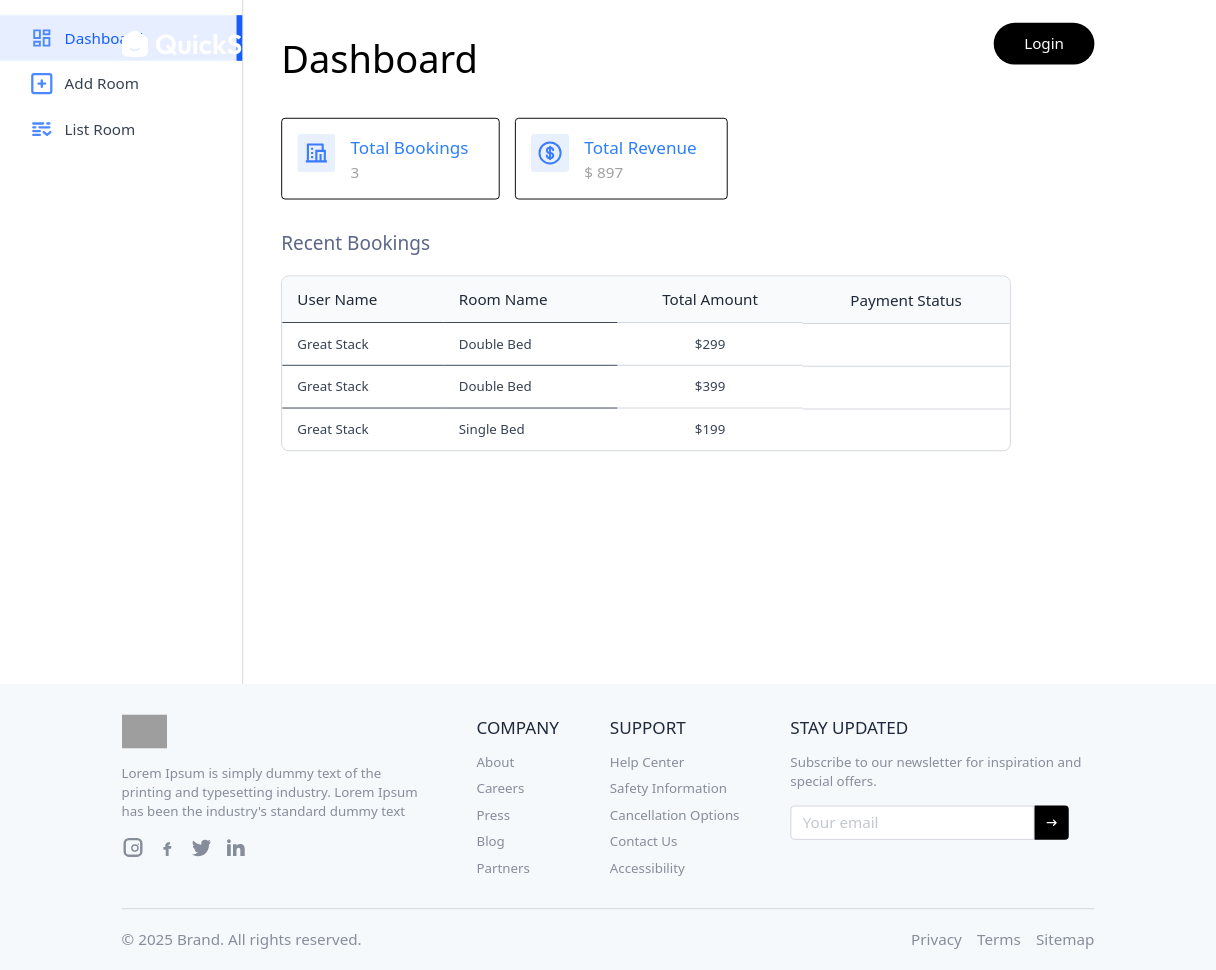
Repository: Ponn-Star/My-App
Page: /owner (app in FrontEnd/)
An editor plug-in stored every save of this project. The page is shown before and after a run of saves, followed by the edit.
The browser window is 1280 px wide. The pictures show the whole page, at 95% of full size.
Pictures or frames that could not be fetched are drawn as grey boxes. The page's requests for data from a server got no answer. The project was rebuilt for these pictures with package versions that can differ from the ones it lists, and the page was loaded fresh each time. Some packages were replaced by stand-ins written for this rebuild. No one was signed in, and anything a server would have sent is missing. Also part of the build but not shown: FrontEnd/vite.config.js, FrontEnd/src/assets/assets.js, FrontEnd/src/components/Hero.jsx, FrontEnd/src/components/HotelCard.jsx, FrontEnd/src/components/FeaturedDestination.jsx, FrontEnd/src/components/ExclusiveOffers.jsx, FrontEnd/src/data/Test.ts, FrontEnd/src/components/StarRating.jsx and 7 more.

Above is the page before, as saved 2025-05-12 15:59:43.

### FrontEnd/index.html
<!doctype html>
<html lang="en">
  <head>
    <meta charset="UTF-8" />
    <link rel="icon" type="image/svg+xml" href="/favicon.svg" />
    <meta name="viewport" content="width=device-width, initial-scale=1.0" />
    <title>Booking</title>
  </head>
  <body>
    <div id="root"></div>
    <script type="module" src="/src/main.jsx"></script>
  </body>
</html>

### FrontEnd/src/main.jsx
import { StrictMode } from 'react'
import { createRoot } from 'react-dom/client'
import './index.css'
import App from './App.jsx'
import { BrowserRouter } from 'react-router-dom'
import { ClerkProvider } from '@clerk/clerk-react'

const PUBLISHABLE_KEY = import.meta.env.VITE_CLERK_PUBLISHABLE_KEY

if (!PUBLISHABLE_KEY) {
  throw new Error('Add your Clerk Publishable Key to the .env file')
}

createRoot(document.getElementById('root')).render(
  <ClerkProvider publishableKey={PUBLISHABLE_KEY} afterSignOutUrl="/">
    <BrowserRouter>
      <App />
    </BrowserRouter>
    </ClerkProvider>,
)

### FrontEnd/src/App.jsx
import React from 'react'
import Navbar from './components/Navbar'
import { Route, Routes, useLocation } from 'react-router-dom'
import Home from './pages/Home'
import AllRooms from './pages/AllRooms';
import RoomDetails from './pages/RoomDetails';
import Footer from './components/Footer';
import MyBookings from './pages/MyBookings';
import Layout from './pages/Owner/Layout';
import Dashboard from './pages/Owner/Dashboard';
import ListRoom from './pages/Owner/ListRoom';
import AddRoom from './pages/Owner/AddRoom';

function App() {

  const isOwnerPath = useLocation().pathname.includes("owner");
  return (
    <div>
      {!isOwnerPath && <Navbar />}
      <div className='min-h-[70vh]'>
        <Routes>
          <Route path='/' element={<Home />} />
          <Route path='/rooms' element={<AllRooms />} />
          <Route path='/rooms/:id' element={<RoomDetails />} />
          <Route path='/my-bookings' element={<MyBookings />} />
          <Route path='/owner' element={<Layout />} >
            <Route index element={<Dashboard />} />
            <Route path='add-room' element={<AddRoom />} />
            <Route path='list-room' element={<ListRoom />} />
           </Route>
        </Routes>
      </div>
      <Footer />
    </div>
  )
}

export default App

### FrontEnd/src/components/Navbar.jsx
import React from 'react';
import { Link, useLocation, useNavigate} from 'react-router-dom';
import { assets } from '../assets/assets';
import { useClerk, useUser, UserButton } from '@clerk/clerk-react';

const BookIcon = () => (
    <svg className='w-4 h-4 text-gray-700' aria-hidden="true" xmlns="http://www.w3.org/2000/svg" width="24" height="24" fill="none" viewBox="0 0 24 24">
        <path stroke="currentColor" strokeLinecap="round" strokeLinejoin="round" strokeWidth="2" d="M5 19V4a1 1 0 0 1 1-1h12a1 1 0 0 1 1 1v13H7a2 2 0 0 0-2 2Zm0 0a2 2 0 0 0 2 2h12M9 3v13m7 0v4" />
    </svg>
)

const Navbar = () => {
    const navLinks = [
        { name: 'Home', path: '/' },
        { name: 'Hotels', path: '/rooms' },
        { name: 'Experience', path: '/' },
        { name: 'About', path: '/' },
    ];

    const [isScrolled, setIsScrolled] = React.useState(false);
    const [isMenuOpen, setIsMenuOpen] = React.useState(false);

    const {openSignIn} = useClerk()
    const {user} = useUser()
    const navigate = useNavigate()
    const location = useLocation()

    React.useEffect(() => {
        const handleScroll = () => {
            setIsScrolled(window.scrollY > 10);
        };
        window.addEventListener("scroll", handleScroll);
        return () => window.removeEventListener("scroll", handleScroll);
    }, []);

    return (
            <nav className={`fixed top-0 left-0 w-full flex items-center justify-between px-4 md:px-16 lg:px-24 xl:px-32 transition-all duration-500 z-50 ${isScrolled ? "bg-white/80 shadow-md text-gray-700 backdrop-blur-lg py-3 md:py-4" : "py-4 md:py-6"}`}>

                {/* Logo */}
                <Link to='/'>
                    <img src={assets.logo} alt="logo" className={`h-9 ${isScrolled && "invert opacity-80"}`} />
                </Link>

                {/* Desktop Nav */}
                <div className="hidden md:flex items-center gap-4 lg:gap-8">
                    {navLinks.map((link, i) => (
                        <a key={i} href={link.path} className={`group flex flex-col gap-0.5 ${isScrolled ? "text-gray-700" : "text-white"}`}>
                            {link.name}
                            <div className={`${isScrolled ? "bg-gray-700" : "bg-white"} h-0.5 w-0 group-hover:w-full transition-all duration-300`} />
                        </a>
                    ))}
                    <button className={`border px-4 py-1 text-sm font-light rounded-full cursor-pointer ${isScrolled ? 'text-black' : 'text-white'} transition-all`}>
                        Dashboard
                    </button>
                </div>

                {/* Desktop Right */}
                <div className="hidden md:flex items-center gap-4">
                    <img src={assets.searchIcon} alt='search' className={`${isScrolled && "invert"} h-7 transition duration-500`} />

                    {user ?
                    (<UserButton>
                        <UserButton.MenuItems>
                            <UserButton.Action label='My Bookings' labelIcon={<BookIcon/>} onClick={() => navigate('/my-bookings')} />
                        </UserButton.MenuItems>
                    </UserButton>)
                    :
                    (<button onClick={openSignIn} className="bg-black text-white px-8 py-2.5 rounded-full ml-4 transition-all duration-500">
                        Login
                        </button>)
                    }
                </div>

                {/* Mobile Menu Button */}
                <div className="flex items-center gap-3 md:hidden">
                    <img onClick={()=> setIsMenuOpen(!isMenuOpen)} src={assets.menuIcon} alt='' className={`${isScrolled && "invert"} h-4`} />
                </div>

                {/* Mobile Menu */}
                <div className={`fixed top-0 left-0 w-full h-screen bg-white text-base flex flex-col md:hidden items-center justify-center gap-6 font-medium text-gray-800 transition-all duration-500 ${isMenuOpen ? "translate-x-0" : "-translate-x-full"}`}>
                    <button className="absolute top-4 right-4" onClick={() => setIsMenuOpen(false)}>
                        <img src={assets.closeIcon} alt='close' className="h-6.5" />
                    </button>

                    {navLinks.map((link, i) => (
                        <a key={i} href={link.path} onClick={() => setIsMenuOpen(false)}>
                            {link.name}
                        </a>
                    ))}

                    <button className="border px-4 py-1 text-sm font-light rounded-full cursor-pointer transition-all">
                        Dashboard
                    </button>

                    <button onClick={openSignIn} className="bg-black text-white px-8 py-2.5 rounded-full transition-all duration-500">
                        Login
                    </button>
                </div>
            </nav>
    );
}

export default Navbar

### FrontEnd/src/components/Footer.jsx
import React from 'react'

const Footer = () => {
    return (
        <div className='bg-[#F6F9FC] text-gray-500/80 pt-8 px-6 md:px-16 lg:px-24 xl:px-32'>
            <div className='flex flex-wrap justify-between gap-12 md:gap-6'>
                <div className='max-w-80'>
                    <img src="https://raw.githubusercontent.com/prebuiltui/prebuiltui/main/assets/dummyLogo/dummyLogoColored.svg" alt="logo" className='mb-4 h-8 md:h-9' />
                    <p className='text-sm'>
                        Lorem Ipsum is simply dummy text of the printing and typesetting industry. Lorem Ipsum has been the industry's standard dummy text
                    </p>
                    <div className='flex items-center gap-3 mt-4'>
                        {/* Instagram */}
                        <svg className="w-6 h-6" fill="currentColor" viewBox="0 0 24 24">
                            <path d="M7.75 2A5.75 5.75 0 002 7.75v8.5A5.75 5.75 0 007.75 22h8.5A5.75 5.75 0 0022 16.25v-8.5A5.75 5.75 0 0016.25 2h-8.5zM4.5 7.75A3.25 3.25 0 017.75 4.5h8.5a3.25 3.25 0 013.25 3.25v8.5a3.25 3.25 0 01-3.25 3.25h-8.5a3.25 3.25 0 01-3.25-3.25v-8.5zm9.5 1a4 4 0 11-4 4 4 4 0 014-4zm0 1.5a2.5 2.5 0 102.5 2.5 2.5 2.5 0 00-2.5-2.5zm3.5-.75a.75.75 0 11.75-.75.75.75 0 01-.75.75z" />
                        </svg>
                        {/* Facebook */}
                        <svg className="w-6 h-6" fill="currentColor" viewBox="0 0 24 24">
                            <path d="M13.5 9H15V6.5h-1.5c-1.933 0-3.5 1.567-3.5 3.5v1.5H8v3h2.5V21h3v-7.5H16l.5-3h-3z" />
                        </svg>
                        {/* Twitter */}
                        <svg className="w-6 h-6" fill="currentColor" viewBox="0 0 24 24">
                            <path d="M22 5.92a8.2 8.2 0 01-2.36.65A4.1 4.1 0 0021.4 4a8.27 8.27 0 01-2.6 1A4.14 4.14 0 0016 4a4.15 4.15 0 00-4.15 4.15c0 .32.04.64.1.94a11.75 11.75 0 01-8.52-4.32 4.14 4.14 0 001.29 5.54A4.1 4.1 0 013 10v.05a4.15 4.15 0 003.33 4.07 4.12 4.12 0 01-1.87.07 4.16 4.16 0 003.88 2.89A8.33 8.33 0 012 19.56a11.72 11.72 0 006.29 1.84c7.55 0 11.68-6.25 11.68-11.67 0-.18 0-.35-.01-.53A8.18 8.18 0 0022 5.92z" />
                        </svg>
                        {/* LinkedIn */}
                        <svg className="w-6 h-6" fill="currentColor" viewBox="0 0 24 24">
                            <path d="M4.98 3.5C3.88 3.5 3 4.38 3 5.48c0 1.1.88 1.98 1.98 1.98h.02c1.1 0 1.98-.88 1.98-1.98C6.98 4.38 6.1 3.5 4.98 3.5zM3 8.75h3.96V21H3V8.75zm6.25 0h3.8v1.68h.05c.53-.98 1.82-2.02 3.75-2.02 4.01 0 4.75 2.64 4.75 6.07V21H17v-5.63c0-1.34-.03-3.07-1.88-3.07-1.88 0-2.17 1.47-2.17 2.98V21H9.25V8.75z" />
                        </svg>
                    </div>
                </div>

                <div>
                    <p className='text-lg text-gray-800'>COMPANY</p>
                    <ul className='mt-3 flex flex-col gap-2 text-sm'>
                        <li><a href="#">About</a></li>
                        <li><a href="#">Careers</a></li>
                        <li><a href="#">Press</a></li>
                        <li><a href="#">Blog</a></li>
                        <li><a href="#">Partners</a></li>
                    </ul>
                </div>

                <div>
                    <p className='text-lg text-gray-800'>SUPPORT</p>
                    <ul className='mt-3 flex flex-col gap-2 text-sm'>
                        <li><a href="#">Help Center</a></li>
                        <li><a href="#">Safety Information</a></li>
                        <li><a href="#">Cancellation Options</a></li>
                        <li><a href="#">Contact Us</a></li>
                        <li><a href="#">Accessibility</a></li>
                    </ul>
                </div>

                <div className='max-w-80'>
                    <p className='text-lg text-gray-800'>STAY UPDATED</p>
                    <p className='mt-3 text-sm'>
                        Subscribe to our newsletter for inspiration and special offers.
                    </p>
                    <div className='flex items-center mt-4'>
                        <input type="text" className='bg-white rounded-l border border-gray-300 h-9 px-3 outline-none' placeholder='Your email' />
                        <button className='flex items-center justify-center bg-black h-9 w-9 aspect-square rounded-r'>
                            {/* Arrow icon */}
                            <svg className="w-4 h-4 text-white" aria-hidden="true" xmlns="http://www.w3.org/2000/svg" width="24" height="24" fill="none" viewBox="0 0 24 24"><path stroke="currentColor" strokeLinecap="round" strokeLinejoin="round" strokeWidth="2" d="M19 12H5m14 0-4 4m4-4-4-4" /></svg>
                        </button>
                    </div>
                </div>
            </div>
            <hr className='border-gray-300 mt-8' />
            <div className='flex flex-col md:flex-row gap-2 items-center justify-between py-5'>
                <p>© {new Date().getFullYear()} Brand. All rights reserved.</p>
                <ul className='flex items-center gap-4'>
                    <li><a href="#">Privacy</a></li>
                    <li><a href="#">Terms</a></li>
                    <li><a href="#">Sitemap</a></li>
                </ul>
            </div>
        </div>
    );
};

export default Footer;

### FrontEnd/src/pages/Owner/Layout.jsx
import React from 'react'
import Navbar from '../../components/Navbar'
import Sidebar from '../../components/Owner/Sidebar'
import { Outlet } from 'react-router-dom'

const Layout = () => {
  return (
    <div className='flex flex-col h-screen'>
      <Navbar />
      <div className='flex h-full'>
        <Sidebar />
        <div className='flex-1 p-4 pt-10 md:px-10 h-full'>
            <Outlet />
        </div>
      </div>
    </div>
  )
}

export default Layout

### FrontEnd/src/pages/Owner/Dashboard.jsx
import React, { useState } from 'react'
import Title from '../../components/Title'
import { assets, dashboardDummyData } from '../../assets/assets'

const Dashboard = () => {

    const [dashboardData, setDashboardData] = useState(dashboardDummyData)

  return (
    <div>
      <Title align='left' font='outfit' title='Dashboard' subtitle='Monitor your room listings, track bookings and analyze revenue—all in one place. Stay updated with real-time insights to ensure smooth operations.' />
      <div className='flex gap-4 my-8'>
        {/* ----- Total Bookings ----- */}
        <div className='bg-primary/3 border border-primary/10 rounded flex p-4 pr-8'>
          <img src={assets.totalBookingIcon} alt="" className='max-sm:hidden h-10'/>
          <div className='flex flex-col sm:ml-4 font-medium'>
            <p className='text-blue-500 text-lg'>Total Bookings</p>
            <p className='text-neutral-400 text-base'>{dashboardData.totalBookings}</p>
          </div>
        </div>

        <div className='bg-primary/3 border border-primary/10 rounded flex p-4 pr-8'>
          <img src={assets.totalRevenueIcon} alt="" className='max-sm:hidden h-10'/>
          <div className='flex flex-col sm:ml-4 font-medium'>
            <p className='text-blue-500 text-lg'>Total Revenue</p>
            <p className='text-neutral-400 text-base'>$ {dashboardData.totalRevenue}</p>
          </div>
        </div>
      </div>

      <h2 className='text-xl text-blue-950/70 font-medium mb-5'>Recent Bookings</h2>
      <div className='w-full max-w-3xl text-left border border-gray-300 rounded-lg max-h-80 overflow-y-scroll'>
        <table className='w-full'>
          <thead className='bg-gray-50'>
            <tr>
              <th className='py-3 px-4 text-gray-800 font-medium'>User Name</th>
              <th className='py-3 px-4 text-gray-800 font-medium max-sm:hidden'>Room Name</th>
              <th className='py-3 px-4 text-gray-800 font-medium text-center'>Total Amount</th>
              <th className='py-3 px-4 text-gray-800 font-medium text-center'>Payment Status</th>
            </tr>
          </thead>

          <tbody className='text-sm'>
            {dashboardData.bookings.map((item, index) => (
              <tr key={index}>
                <td className='py-3 px-4 text-gray-700 border-t border-gray'>{item.user.username}</td>
                <td className='py-3 px-4 text-gray-700 border-t border-gray max-sm:hidden'>{item.room.roomType}</td>
                <td className='py-3 px-4 text-gray-700 border-t border-gray-300 text-center'>${item.totalPrice}</td>
                <td className='py-3 px-4 text-gray-700 border-t border-gray-300 flex'>
                  <button>

                  </button>
                </td>
              </tr>
            ))}
          </tbody>

        </table>
      </div>


    </div>
  )
}

export default Dashboard

### FrontEnd/src/components/Title.jsx
import React from 'react'

const Title = ({title, subTitle, align, font}) => {
    return (
        <div className={`flex flex-col justify-center items-center text-center ${align === "left" && "md:items-start md:text-left"}`}>
          <h1 className={`text-4xl md:text-[40px] ${font || "font-playfair"}`}>{title}</h1>
          <p className="text-sm md:text-base text-gray-500/90 mt-2 max-w-174">{subTitle}</p>
        </div>
  )
}

export default Title

### FrontEnd/src/components/Owner/Sidebar.jsx
import React from 'react'
import { Link, NavLink } from 'react-router-dom'
import { assets } from '../../assets/assets'

const Sidebar = () => {
  const sidebarLinks = [
    { name: "Dashboard", path: "/owner", icon: assets.dashboardIcon },
    { name: "Add Room", path: "/owner/add-room", icon: assets.addIcon },
    { name: "List Room", path: "/owner/list-room", icon: assets.listIcon },
  ];

  return (
    <div className='md:w-64 w-16 border-r h-full text-base border-gray-300 pt-4 flex flex-col transition-all duration-300'>
      {sidebarLinks.map((item, index) => (
        <NavLink to={item.path} key={index} end='/owner' className={({ isActive }) => `flex items-center py-3 px-4 gap-3 md:px-8 ${isActive ? 'border-r-4 md:border-r-[6px] bg-blue-600/10 border-blue-600 text-blue-600' : 'hover:bg-gray-100/90 border-white text-gray-700'}`}>
            <img src={item.icon} alt={item.name} className='min-h-6 min-w-6' />
            <p className='md:block hidden text-center'>{item.name}</p>
        </NavLink>
      ))}
    </div>
  );
}

export default Sidebar

Loaded but not shown: FrontEnd/src/index.css (common file)

After the next 2 saves:
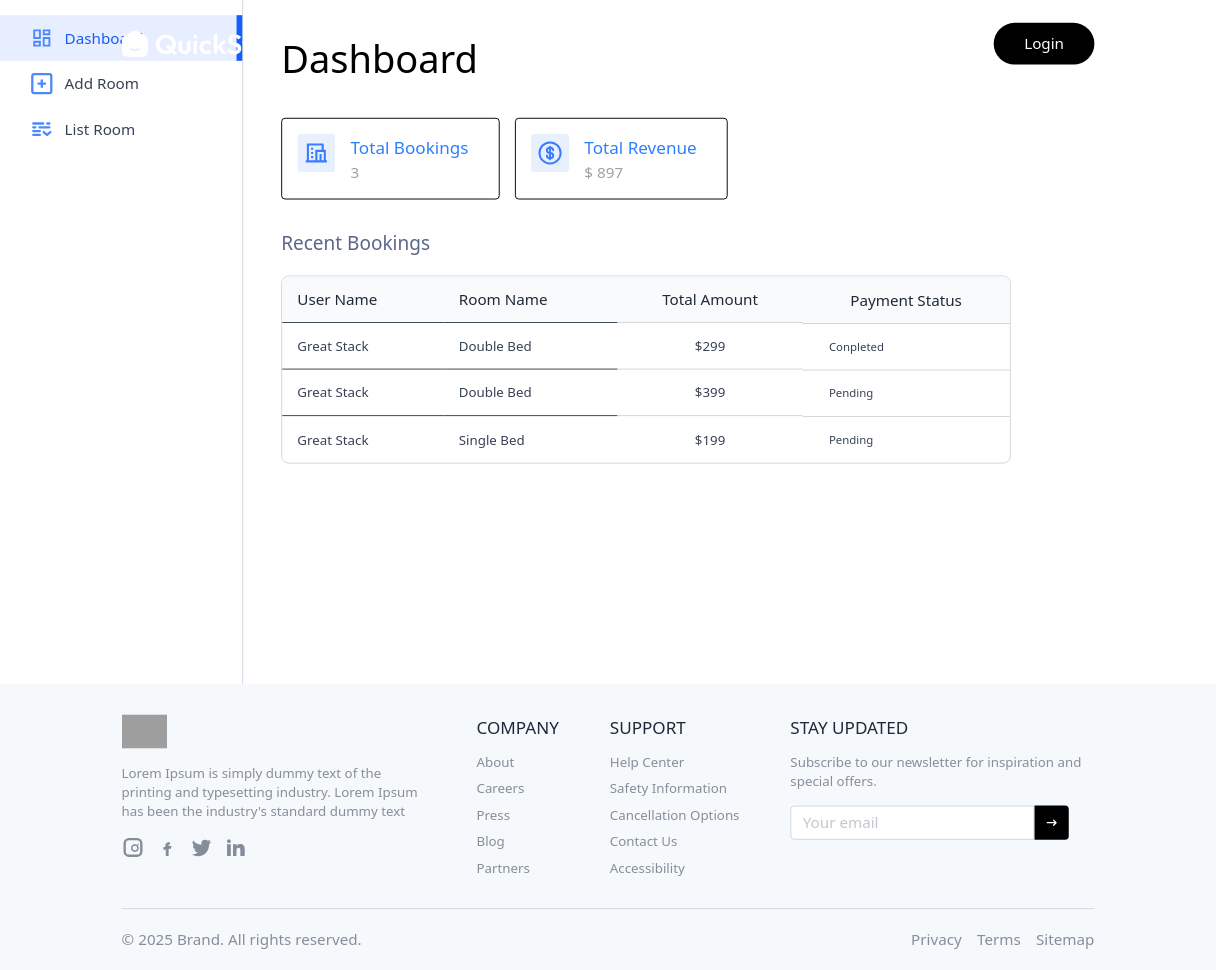
The 2 saves are shown as one change because 1 did not build or start.
The last was saved 67 s later.
--- a/FrontEnd/src/pages/Owner/Dashboard.jsx
+++ b/FrontEnd/src/pages/Owner/Dashboard.jsx
@@ -47,8 +47,8 @@ const Dashboard = () => {
                 <td className='py-3 px-4 text-gray-700 border-t border-gray max-sm:hidden'>{item.room.roomType}</td>
                 <td className='py-3 px-4 text-gray-700 border-t border-gray-300 text-center'>${item.totalPrice}</td>
                 <td className='py-3 px-4 text-gray-700 border-t border-gray-300 flex'>
-                  <button>
-
+                  <button className={`py-1 px-3 text-xs rounded`}>
+                    {item.isPaid ? 'Conpleted' : 'Pending'}
                   </button>
                 </td>
               </tr>
